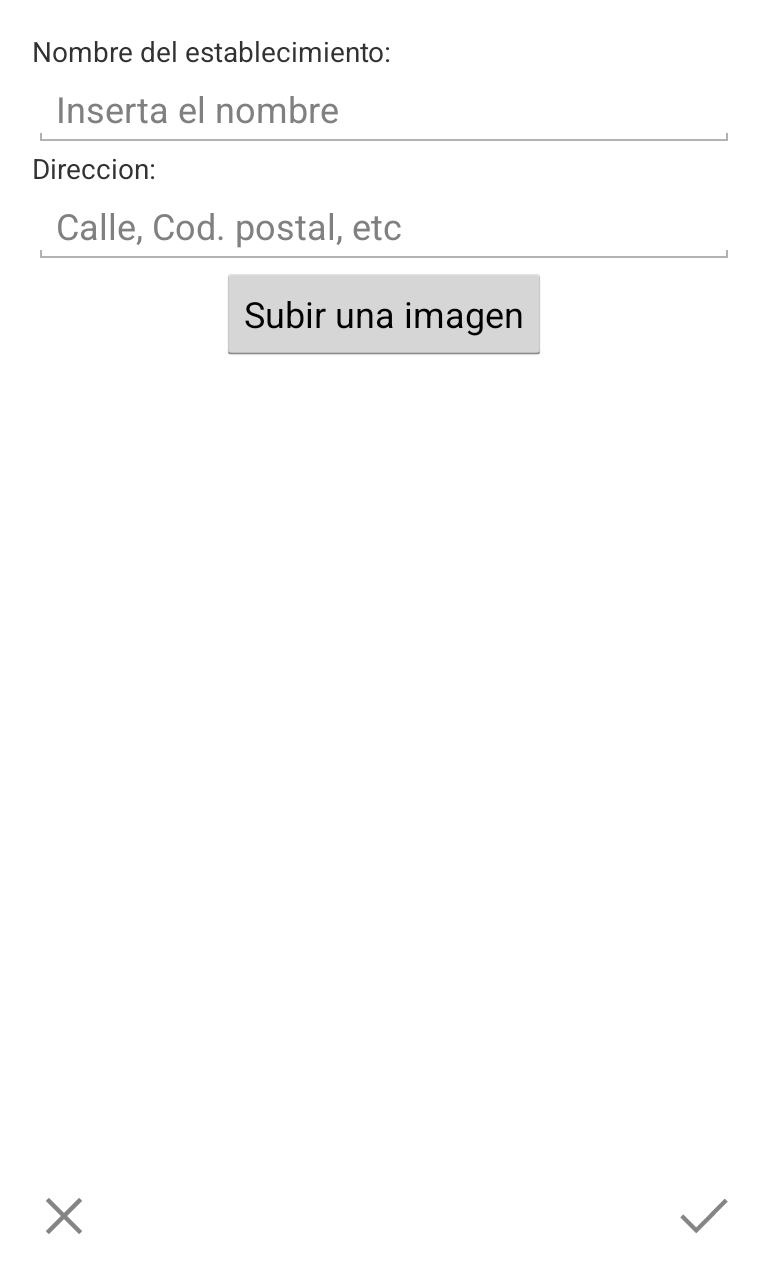
Repository: amanzr00/INGSoftware
Layout: Thi/res/layout/activity_template.xml
The author's editor kept a copy of each file at every save. The layout is drawn from the files as they stood at one save, then again after the next save.
It is drawn on a 768 x 1280 px phone screen (xhdpi) without system bars, with theme android:Theme.Holo.Light; the app's code is not run.

Above is the layout before, as saved 2014-11-05 19:46:18.

After the next save:
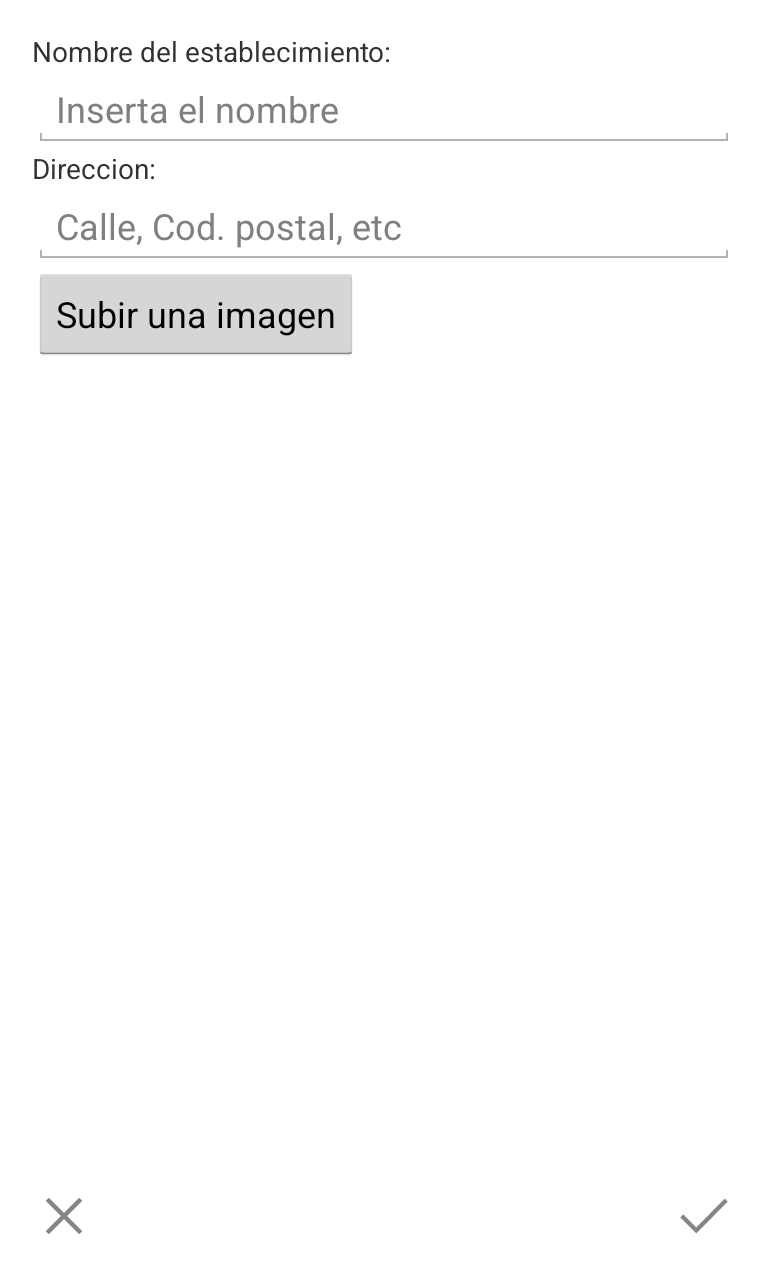
Saved 63 s later.
--- a/Thi/res/layout/activity_template.xml
+++ b/Thi/res/layout/activity_template.xml
@@ -33,16 +33,16 @@
         android:layout_height="wrap_content"
         android:hint="@string/edit_address" />
 
+    <Button
+        android:id="@+id/button_up_image"
+        android:layout_width="wrap_content"
+        android:layout_height="wrap_content"
+        android:layout_centerHorizontal="true"
+        android:text="@string/button_up_image" />
+
     <RelativeLayout
         android:layout_width="match_parent"
         android:layout_height="match_parent" >
-
-        <Button
-            android:id="@+id/button_up_image"
-            android:layout_width="wrap_content"
-            android:layout_height="wrap_content"
-            android:layout_centerHorizontal="true"
-            android:text="@string/button_up_image" />
 
         <ImageButton
             android:id="@+id/button_cancel"
